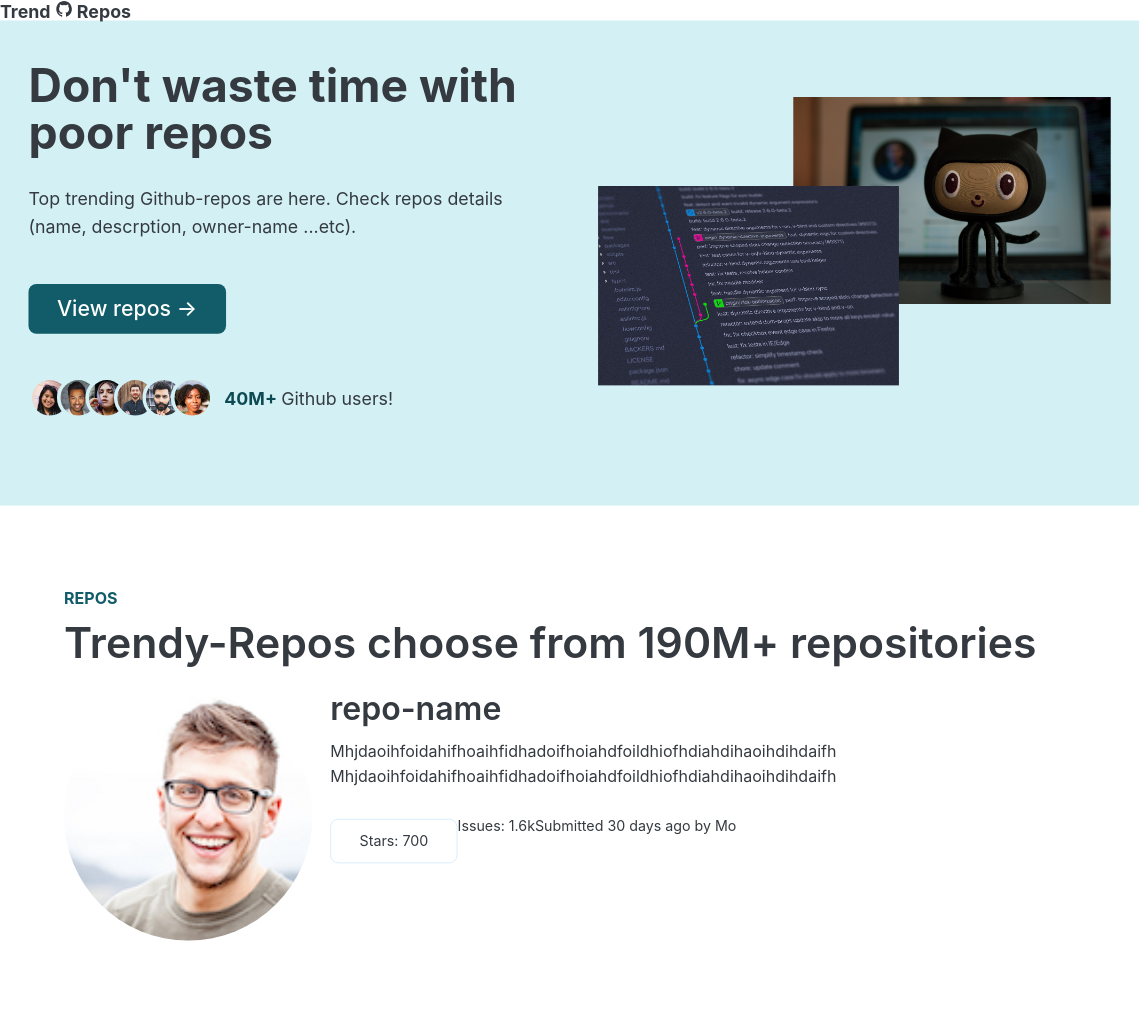
Repository: MoRamdan11/Trending-repos-challenge
Page: /
The author's editor kept a copy of each file at every save. The page is drawn from the files as they stood at one save, then again after the next save.
The browser window is 1280 px wide. The pictures show the whole page, at 89% of full size.
Some web libraries are served in a nearby version. The project was rebuilt for these pictures with package versions that can differ from the ones it lists, and the page was loaded fresh each time. Also part of the build but not shown: src/App.css, src/components/test.js, src/components/Navbar/navbar.css.

Above is the page before, as saved 2021-09-01 02:57:13.

After the next save:
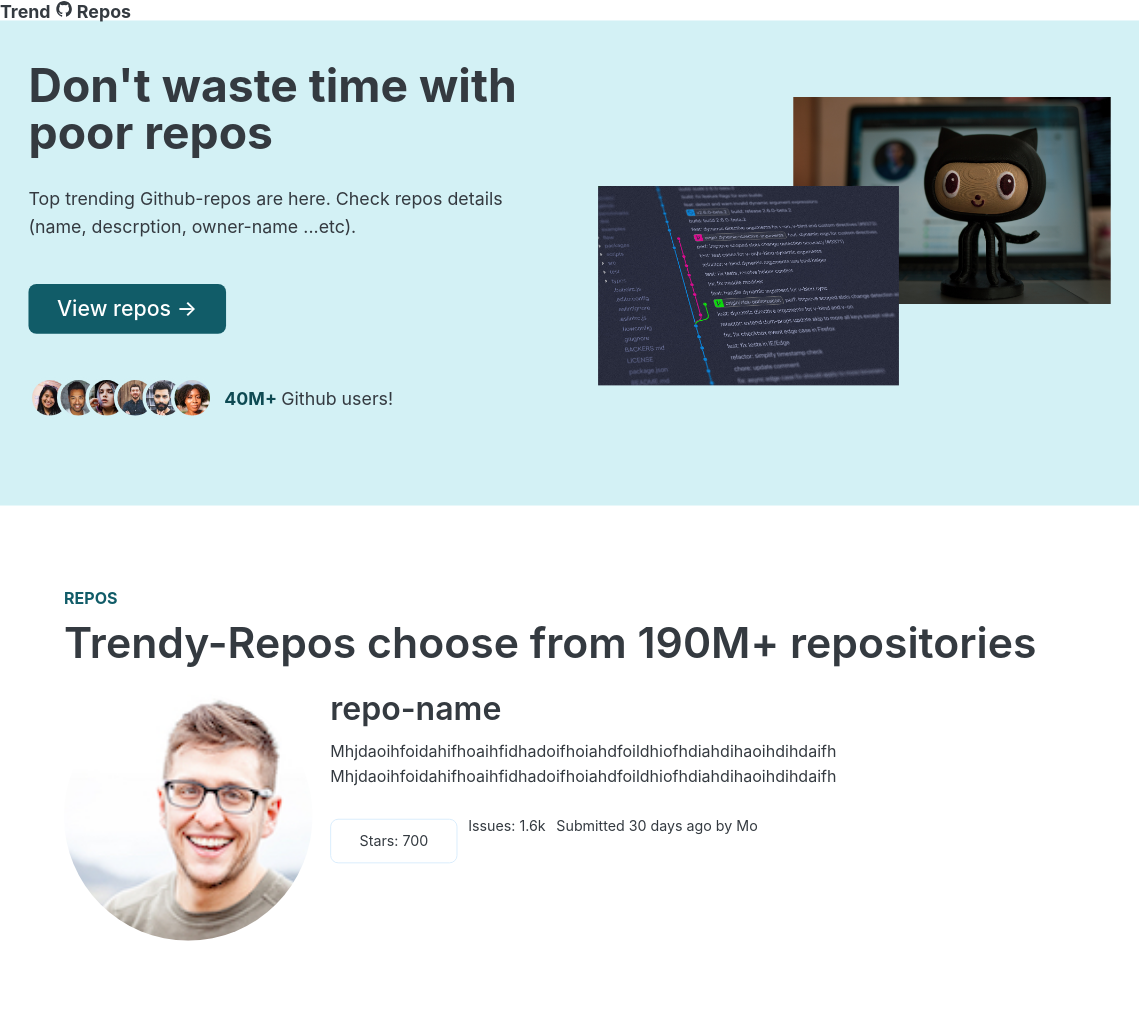
Saved 10 s later.
--- a/src/components/Repo-Row/repo.css
+++ b/src/components/Repo-Row/repo.css
@@ -24,6 +24,7 @@
 
 .repo-secondary-info {
   display: flex;
+  gap: 1.2rem;
 }
 
 .repo-stars {
